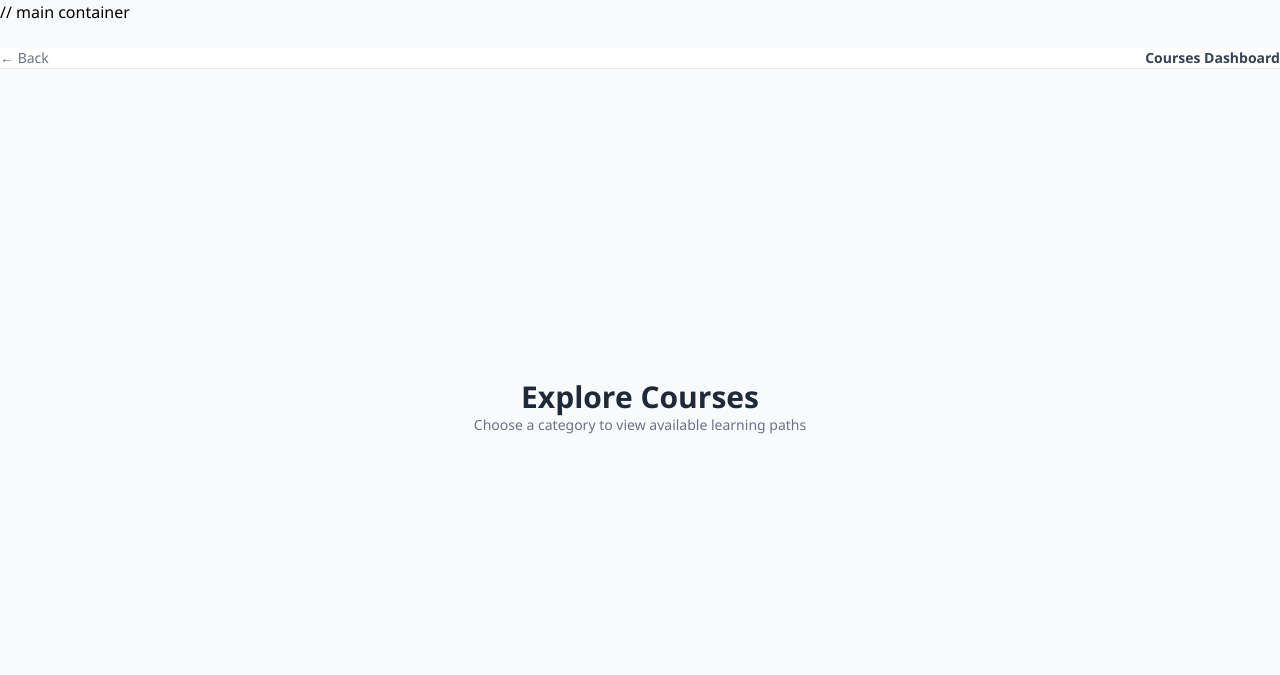
Repository: RahulRajKhadka/nextjs-dashboard-app
Page: /task2
An editor plug-in stored every save of this project. The page is shown before and after a run of saves, followed by the edit.
The browser window is 1280 px wide. The pictures show the whole page.
The project was rebuilt for these pictures with package versions that can differ from the ones it lists, and the page was loaded fresh each time. The framework's server and built-in components were replaced by stand-ins that run in the browser. Also part of the build but not shown: next.config.ts.

Above is the page before, as saved 2026-04-10 15:03:43.

### src/app/layout.tsx
import type { Metadata } from "next";
import "./globals.css";

export const metadata: Metadata = {
  title: "SkillShikshya Tasks",
  description: "Frontend & Logical Tasks",
};

export default function RootLayout({
  children,
}: {
  children: React.ReactNode;
}) {
  return (
    <html lang="en">
      <body>{children}</body>
    </html>
  );
}

### src/app/task2/page.tsx
"use client";
import dynamic from "next/dynamic";
import Link from "next/link";

const CourseCards = dynamic(() => import("@/components/task2/CourseCards"), {
  loading: () => (
    <div className="flex items-center justify-center h-[300px] text-gray-400 text-sm">
      Loading courses...
    </div>
  ),
  ssr: false,
});

export default function Task2Page() {
  return (
    <main className="min-h-screen bg-gray-50 flex flex-col gap-6 "> // main container

      {/* Top Bar */}
      <div className="flex items-center justify-between px-6 md:px-10 py-4 border-b border-gray-200 bg-white">
        <Link
          href="/"
          className="text-sm text-gray-500 hover:text-gray-900 transition-colors"
        >
          ← Back
        </Link>

        <span className="text-sm font-semibold text-gray-700">
          Courses Dashboard
        </span>
      </div>

      {/* Centered Content */}
      <div className="flex-1 flex items-center justify-center px-4 py-10">

        <div className="w-full max-w-6xl">

          {/* Heading */}
          <div className="mb-8 text-center mt-10">
            <h1 className="text-3xl font-bold text-gray-800">
              Explore Courses
            </h1>
            <p className="text-gray-500 text-sm mt-2">
              Choose a category to view available learning paths
            </p>
          </div>

          {/* Cards */}
          <div className="bg-white rounded-3xl shadow-sm p-4 md:p-6">
            <CourseCards />
          </div>

        </div>

      </div>
    </main>
  );
}

### src/app/globals.css
@import "tailwindcss";

* {
  margin: 0;
  padding: 0;
  box-sizing: border-box;
}

html {
  scroll-behavior: smooth;
}

body {
  font-family: "Segoe UI", sans-serif;
  background-color: #f5f5f5;
}

.vertical-text {
  writing-mode: vertical-rl;
  transform: rotate(180deg);
}

### src/components/task2/CourseCards.tsx
"use client";

import { useState, useRef, useLayoutEffect } from "react";
import CourseCard from "./CourseCard";
import { courseCardsData } from "./courseCardsData";
import gsap from "gsap";

export default function CourseCards() {
  const [expandedId, setExpandedId] = useState<number>(1);
  const [directionMap, setDirectionMap] = useState<Map<number, "left" | "right">>(new Map());

  const cardRefs = useRef<(HTMLDivElement | null)[]>([]);
  const labelRefs = useRef<(HTMLDivElement | null)[]>([]); // Store label refs
  const numberRefs = useRef<(HTMLDivElement | null)[]>([]); // Store number refs
  const containerRef = useRef<HTMLDivElement>(null);
  const expandedWidth = useRef(0);
  const collapsedWidth = useRef(0);
  const isAnimating = useRef(false);

  useLayoutEffect(() => {
    const container = containerRef.current;
    if (!container) return;

    const totalWidth = container.clientWidth;
    const gap = 16;
    const totalGap = gap * (courseCardsData.length - 1);
    const unit = (totalWidth - totalGap) / courseCardsData.length;

    expandedWidth.current = unit * 1.4;
    collapsedWidth.current = unit * 0.6;

    const initialDirectionMap = new Map<number, "left" | "right">();
    courseCardsData.forEach((course, index) => {
      const initialDirection = index === 0 ? "right" : "left";
      initialDirectionMap.set(course.id, initialDirection);
    });
    setDirectionMap(initialDirectionMap);

    cardRefs.current.forEach((el, i) => {
      if (el) {
        gsap.set(el, {
          width: courseCardsData[i].id === 1 ? expandedWidth.current : collapsedWidth.current,
        });
      }
    });
  }, []);

  const getDirectionForCard = (clickedId: number, currentExpandedId: number): "left" | "right" => {
    const clickedIndex = courseCardsData.findIndex((c) => c.id === clickedId);
    const expandedIndex = courseCardsData.findIndex((c) => c.id === currentExpandedId);

    if (clickedIndex === 0) return "right";
    if (clickedIndex === courseCardsData.length - 1) return "left";

    if (clickedIndex < expandedIndex) return "right";
    return "left";
  };

  const handleCardClick = (courseId: number) => {
    if (courseId === expandedId || isAnimating.current) return;

    const newDirection = getDirectionForCard(courseId, expandedId);
    const prevIndex = courseCardsData.findIndex((c) => c.id === expandedId);
    const newIndex = courseCardsData.findIndex((c) => c.id === courseId);

    isAnimating.current = true;

    const tl = gsap.timeline({
      onComplete: () => {
        isAnimating.current = false;
      },
    });

    setDirectionMap(prev => {
      const newMap = new Map(prev);
      newMap.set(courseId, newDirection);
      return newMap;
    });

    // Get label and number elements for animation
    const oldLabel = labelRefs.current[prevIndex];
    const newLabel = labelRefs.current[newIndex];
    const oldNumber = numberRefs.current[prevIndex];
    const newNumber = numberRefs.current[newIndex];
    const courseData = courseCardsData[newIndex];

    // Animate old card collapse
    tl.to(cardRefs.current[prevIndex], {
      width: collapsedWidth.current,
      duration: 0.5,
      ease: "power3.inOut",
    }, 0);

    // Animate old label back to collapsed state
    if (oldLabel) {
      tl.to(oldLabel, {
        rotation: -90,
        x: 0,
        y: 0,
        color: courseData.textColor,
        duration: 0.5,
        ease: "power2.inOut",
      }, 0);
    }

    // Animate old number color
    if (oldNumber) {
      tl.to(oldNumber, {
        color: courseData.textColor,
        duration: 0.3,
      }, 0);
    }

    // Update expanded ID mid-timeline
    tl.call(() => {
      setExpandedId(courseId);
    }, null, 0.25);

    // Animate new card expansion
    tl.to(cardRefs.current[newIndex], {
      width: expandedWidth.current,
      duration: 0.5,
      ease: "power3.inOut",
    }, 0.25);

    // Animate new label to expanded position
    if (newLabel && newNumber) {
      const labelRect = newLabel.getBoundingClientRect();
      const numberRect = newNumber.getBoundingClientRect();

      const targetX = numberRect.right + 16 - (labelRect.left + labelRect.width / 2);
      const targetY = numberRect.bottom - labelRect.height / 2 - labelRect.top - labelRect.height / 2;

      tl.fromTo(newLabel,
        {
          rotation: -90,
          x: 0,
          y: 0,
          color: courseData.textColor,
        },
        {
          rotation: 0,
          x: targetX,
          y: targetY,
          color: "#ffffff",
          duration: 0.5,
          ease: "back.out(0.3)",
        }, 0.25
      );
    }

    // Animate new number color
    if (newNumber) {
      tl.to(newNumber, {
        color: "#ffffff",
        duration: 0.3,
      }, 0.4);
    }
  };

  return (
    <div ref={containerRef} className="flex gap-4 w-full p-8 bg-blue-500  max-h-[200px] md:max-h-[200px] lg:max-h-[600px] ">
      {courseCardsData.map((course, i) => (
        <div
          key={course.id}
          ref={(el) => {
            cardRefs.current[i] = el;
          }}
          className="shrink-0 overflow-hidden rounded-3xl"
        >
          <CourseCard
            course={course}
            isExpanded={expandedId === course.id}
            direction={directionMap.get(course.id) || (i === 0 ? "right" : "left")}
            isLeftmost={i === 0}
            onClick={() => handleCardClick(course.id)}
            labelRef={(el) => { labelRefs.current[i] = el; }}
            numberRef={(el) => { numberRefs.current[i] = el; }}
          />
        </div>
      ))}
    </div>
  );
}

### src/components/task2/CourseCard.tsx
"use client";

import Image from "next/image";
import { useRef, useLayoutEffect } from "react";
import { CourseCard as CourseCardType } from "@/types";
import gsap from "gsap";

interface Props {
  course: CourseCardType;
  isExpanded: boolean;
  onClick: () => void;
  direction: "left" | "right";
  isLeftmost?: boolean;
}

export default function CourseCard({
  course,
  isExpanded,
  onClick,
  direction,
  isLeftmost = false,
}: Props) {
  const numberRef = useRef<HTMLDivElement>(null);
  const collapsedLabelRef = useRef<HTMLDivElement>(null);
  const iconsRef = useRef<(HTMLSpanElement | null)[]>([]);
  const topbarRef = useRef<HTMLDivElement>(null);
  const expandedViewRef = useRef<HTMLDivElement>(null);
  const circleRef = useRef<HTMLDivElement>(null);

  useLayoutEffect(() => {
    if (!numberRef.current || !collapsedLabelRef.current) return;

    if (isExpanded) {
      // Create a timeline for smooth coordination
      const tl = gsap.timeline();

      // Show expanded view
      gsap.set(expandedViewRef.current, { display: "grid" });

      // Measure label and number positions
      const labelRect = collapsedLabelRef.current.getBoundingClientRect();
      const numberRect = numberRef.current.getBoundingClientRect();

      // Calculate target position (beside number with 16px gap)
      const targetX = numberRect.right + 16 - (labelRect.left + labelRect.width / 2);
      const targetY = numberRect.bottom - labelRect.height / 2 - labelRect.top - labelRect.height / 2;

      // 1. Circle wipe animation
      tl.to(circleRef.current, {
        clipPath: "circle(0% at 0% 100%)",
        duration: 1,
        ease: "power3.inOut",
      }, 0);

      // 2. Label animation (rotate + move) - starts at same time
      tl.fromTo(collapsedLabelRef.current,
        {
          rotation: -90,
          x: 0,
          y: 0,
          color: course.textColor,
        },
        {
          rotation: 0,
          x: 180,
          y: 188,
          color: "#ffffff",
          duration: 0.8,
          ease: "back.out(0.3)",
        }, 0
      );

      // 3. Number color change
      tl.to(numberRef.current, {
        color: "#ffffff",
        duration: 0.4,
      }, 0.2);

      // 4. Top bar animation
      const topbarFromX = direction === "left" ? 60 : -60;
      tl.fromTo(topbarRef.current,
        { opacity: 0, y: -15, x: topbarFromX },
        {
          opacity: 1,
          y: 0,
          x: 0,
          duration: 0.5,
          ease: "power2.out",
        }, 0.3
      );

      // 5. Icons animation (staggered)
      const iconsFromX = direction === "left" ? 120 : -120;
      gsap.set(iconsRef.current, { x: iconsFromX, opacity: 0 });
      iconsRef.current.forEach((icon, i) => {
        tl.to(icon, {
          x: 0,
          opacity: 1,
          duration: 0.4,
          ease: "power2.out",
        }, 0.4 + i * 0.08);
      });

    } else {
      // COLLAPSE ANIMATIONS - Smooth reverse
      const tl = gsap.timeline();

      // 1. Circle expands back
      tl.to(circleRef.current, {
        clipPath: "circle(130% at 0% 80%)",
        duration: 0.8,
        ease: "power3.inOut",
      }, 0);

      // 2. Label returns to collapsed position
      tl.to(collapsedLabelRef.current, {
        rotation: -90,
        x: 0,
        y: 0,
        color: course.textColor,
        duration: 0.6,
        ease: "power2.inOut",
      }, 0);

      // 3. Number color returns
      tl.to(numberRef.current, {
        color: course.textColor,
        duration: 0.3,
      }, 0.1);

      // 4. Hide expanded view
      tl.set(expandedViewRef.current, {
        display: "none"
      }, 0.3);

      // 5. Reset icons and topbar
      tl.set(iconsRef.current, {
        clearProps: "x,opacity"
      }, 0.4);

      tl.set(topbarRef.current, {
        clearProps: "x,y,opacity"
      }, 0.4);
    }
  }, [isExpanded, direction, course.textColor]);

  return (
    <div
      onClick={onClick}
      className="relative rounded-3xl overflow-hidden cursor-pointer h-full w-full"
      style={{ backgroundColor: course.bgExpanded }}
    >
      {/* Background circle */}
      <div
        ref={circleRef}
        className="absolute inset-0 z-[1]"
        style={{
          backgroundColor: course.bg,
          clipPath: "circle(150% at 0% 100%)",
        }}
      />

      {/* NUMBER — always bottom-left */}
      <div className="absolute bottom-0 left-6 z-[3] flex items-end p-4 pointer-events-none">
        <div ref={numberRef} className="flex items-end" style={{ color: course.textColor }}>
          <span
            className="font-black leading-none"
            style={{
              fontSize: "clamp(3.5rem,7vw,5.5rem)",
              color: "inherit",
            }}
          >
            {String(course.count).padStart(2, "0")}
          </span>
          <span className="font-black text-3xl mb-2 ml-1" style={{ color: "inherit" }}>
            +
          </span>
        </div>
      </div>

      {/* SINGLE LABEL — starts centered, rotates and moves on expand */}
      <div className="absolute  inset-0 z-[4]  flex items-center  pointer-events-none">
        <div
          ref={collapsedLabelRef}
          className="flex flex-col gap-1"
          style={{
            transform: "rotate(-90deg)",
            color: course.textColor,
          }}
        >
          <span className="font-bold text-[20px] whitespace-nowrap" style={{ color: "inherit" }}>
            {course.label}
          </span>
          <p className="text-[15px] opacity-60 whitespace-nowrap" style={{ color: "inherit" }}>
            {course.sublabel}
          </p>
        </div>
      </div>

      {/* EXPANDED VIEW — topbar + icons only */}
      <div
        ref={expandedViewRef}
        className="absolute inset-0 z-[2] p-5"
        style={{
          display: isExpanded ? "grid" : "none",
          gridTemplateRows: "auto 1fr auto",
        }}
      >
        {/* Row 1: topbar */}
        <div ref={topbarRef} className="flex justify-end mt-40 opacity-0">
          <span className="text-white/80 text-sm font-medium tracking-wide">
            View all Courses →
          </span>
        </div>

        {/* Row 2: icons */}
        <div className="flex gap-4 items-center justify-center">
          {course.icons?.map((iconPath, i) => (
            <span
              key={i}
              ref={(el) => (iconsRef.current[i] = el)}
              className="w-14 h-14 rounded-2xl bg-white/90 backdrop-blur-sm flex items-center justify-center shadow-lg"
            >
              <Image src={iconPath} alt="" width={32} height={32} className="opacity-80" />
            </span>
          ))}
        </div>

        {/* Row 3: empty spacer */}
        <div className="h-20" />
      </div>
    </div>
  );
}

### src/components/task2/courseCardsData.ts
import { CourseCard } from "@/types";

export const courseCardsData: CourseCard[] = [
  {
    id: 1,
    count: "23",
    label: "All Courses",
    sublabel: "courses you're powering through right now.",
    bg: "#F9E8E7",        // ← was "#D94F3D", should be light pink
    textColor: "#D94F3D",  // ← was "white", red for collapsed state
    bgExpanded: "#D94F3D",
    icons: ["/images/react.svg", "/images/likes.svg", "/images/design.svg", "/images/view.svg"],
  },
  {
    id: 2,
    count: "05",
    label: "Upcoming Courses",
    sublabel: "exciting new courses waiting to boost your skills.",
    bg: "#F9E8E7",
    textColor: "#D94F3D",
    bgExpanded: "#D94F3D",
    icons: ["/images/react.svg", "/images/likes.svg", "/images/design.svg", "/images/view.svg"],
  },
  {
    id: 3,
    count: "10",
    label: "Ongoing Courses",
    sublabel: "currently happening—don't miss out on the action!",
    bg: "#F9E8E7",
    textColor: "#D94F3D",
    bgExpanded: "#D94F3D",
    icons: ["/images/react.svg", "/images/likes.svg", "/images/design.svg", "/images/view.svg"],
  },
];

After the next 2 saves:
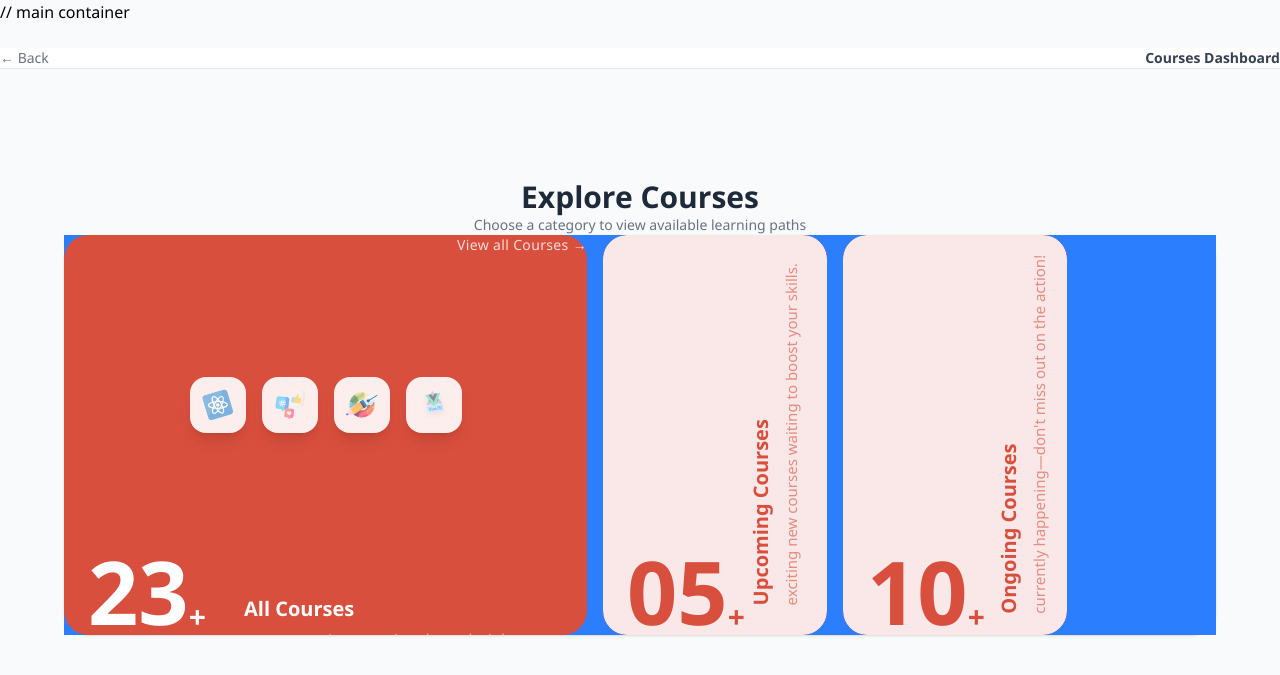
The 2 saves are shown as one change because they came seconds apart.
The last was saved 9 s later.
--- a/src/components/task2/CourseCards.tsx
+++ b/src/components/task2/CourseCards.tsx
@@ -159,7 +159,7 @@ export default function CourseCards() {
   };
 
   return (
-    <div ref={containerRef} className="flex gap-4 w-full p-8 bg-blue-500  max-h-[200px] md:max-h-[200px] lg:max-h-[600px] ">
+    <div ref={containerRef} className="flex gap-4 w-full p-8 bg-blue-500  max-h-[200px] md:max-h-[200px] lg:min-h-[400px] ">
       {courseCardsData.map((course, i) => (
         <div
           key={course.id}
